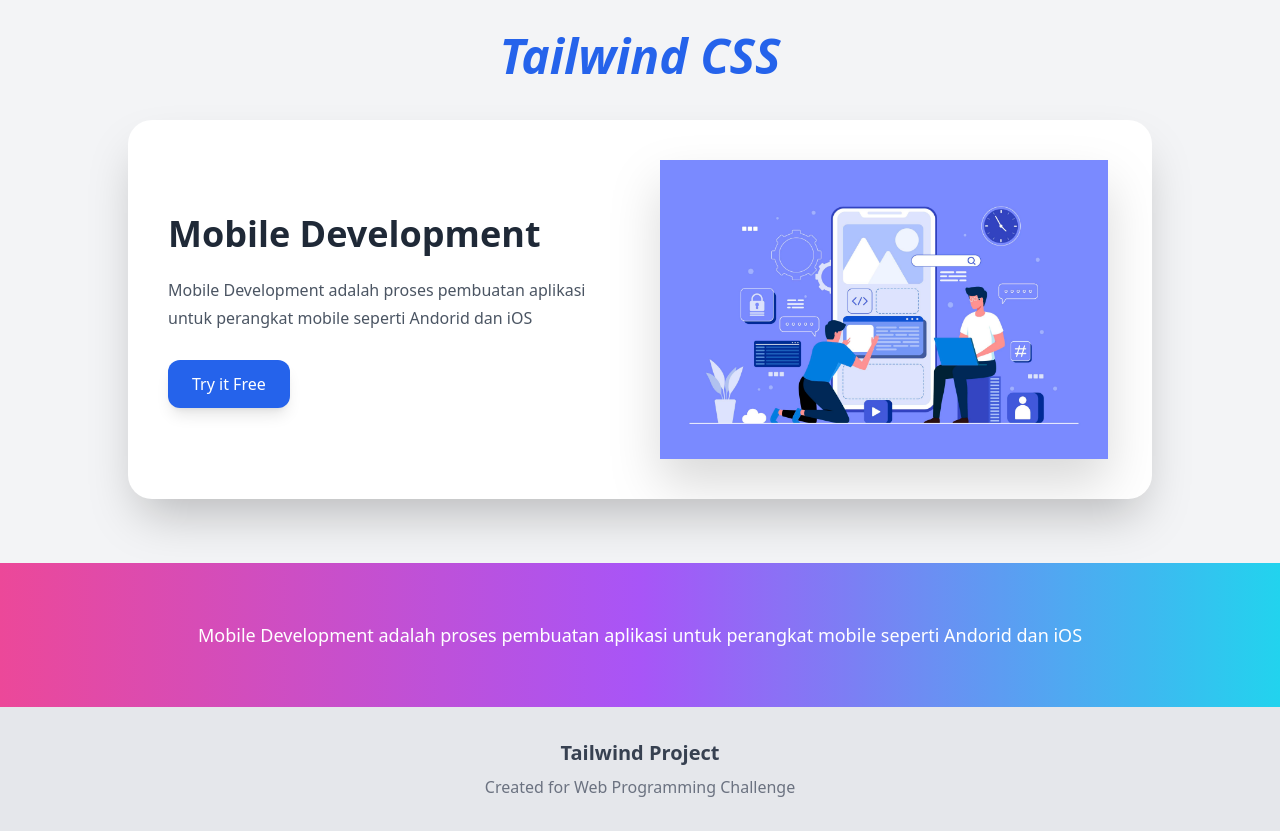
Repository: razitazhr/Pertemuan-6_24.116194
Page: Tailwind/Tailwind.html
An editor plug-in stored every save of this project. The page is shown before and after the next save, followed by the edit.
The browser window is 1280 px wide. The pictures show the whole page.
Some web libraries are served in a nearby version.

Above is the page before, as saved 2026-05-10 19:56:01.

After the next save:
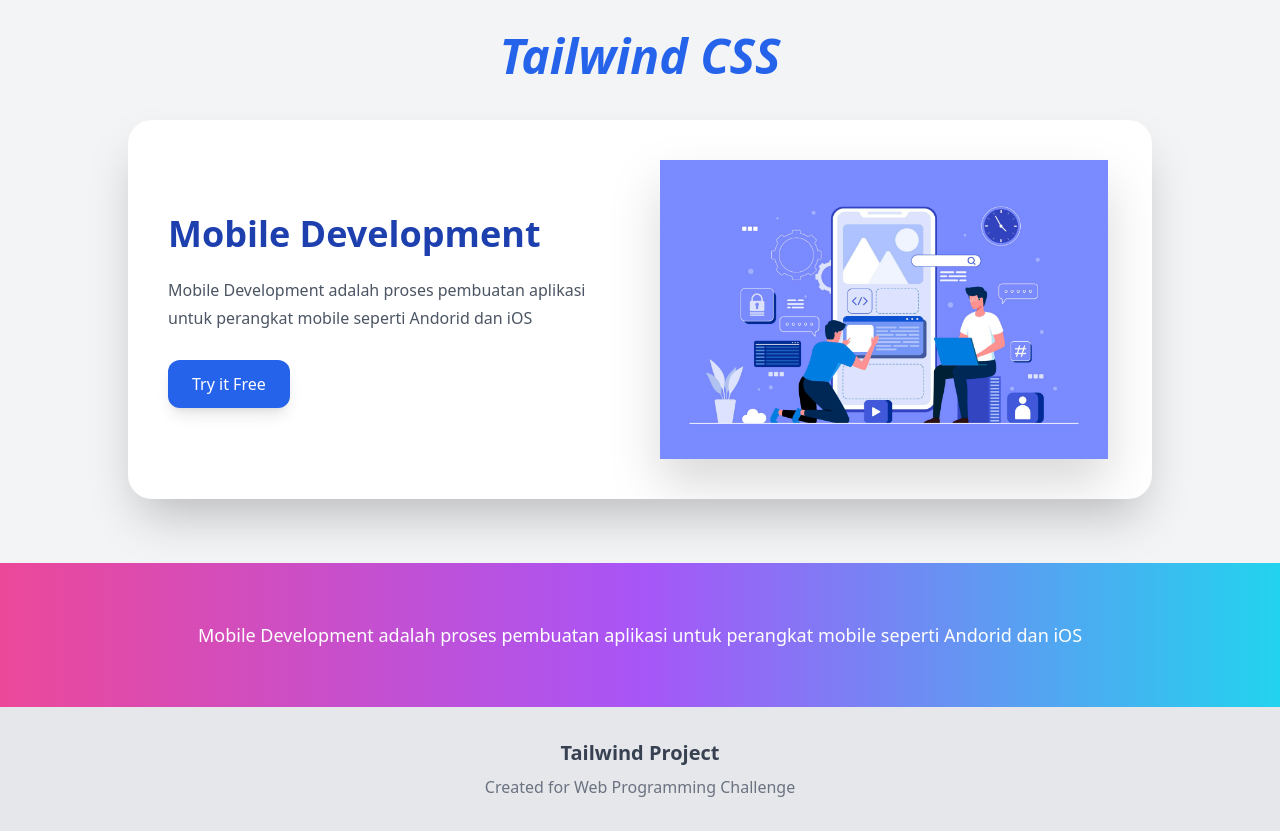
Saved 3 min 38 s later.
--- a/Tailwind/Tailwind.html
+++ b/Tailwind/Tailwind.html
@@ -16,7 +16,7 @@
         <div class="bg-white rounded-3xl shadow-2xl overflow-hidden max-w-5xl">
             <div class="grid md:grid-cols-2 items-center gap-8 p-10">
                 <div>
-                    <h2 class="text-4xl font-bold text-gray-800 leading-tight">
+                    <h2 class="text-4xl font-bold text-blue-800 leading-tight">
                         Mobile Development
                     </h2>
                     <p class="text-gray-600 mt-5 leading-7">
